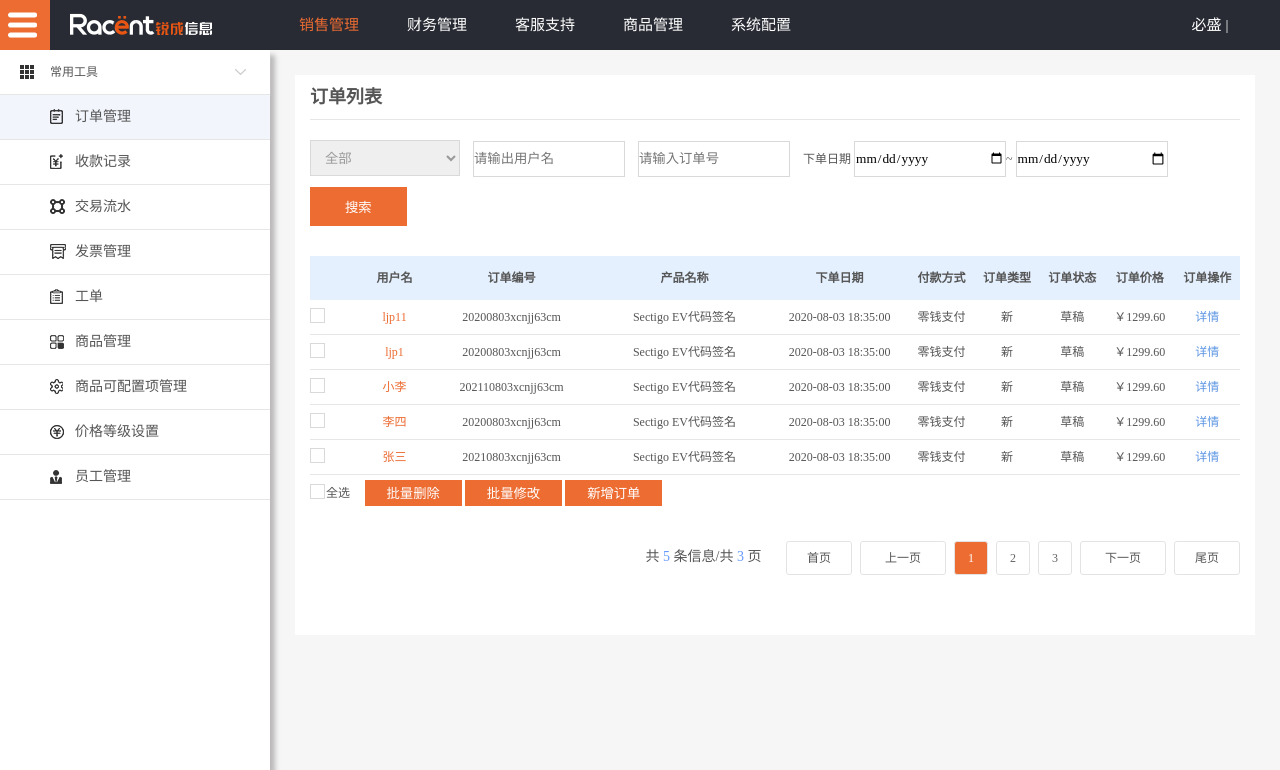
Repository: wangyan466393/racentSystem
Page: index.html
The author's editor kept a copy of each file at every save. The page is drawn from the files as they stood at one save, then again after the next save.
The browser window is 1280 px wide. The pictures show the whole page.

Above is the page before, as saved 2020-08-13 17:11:45.

After the next save:
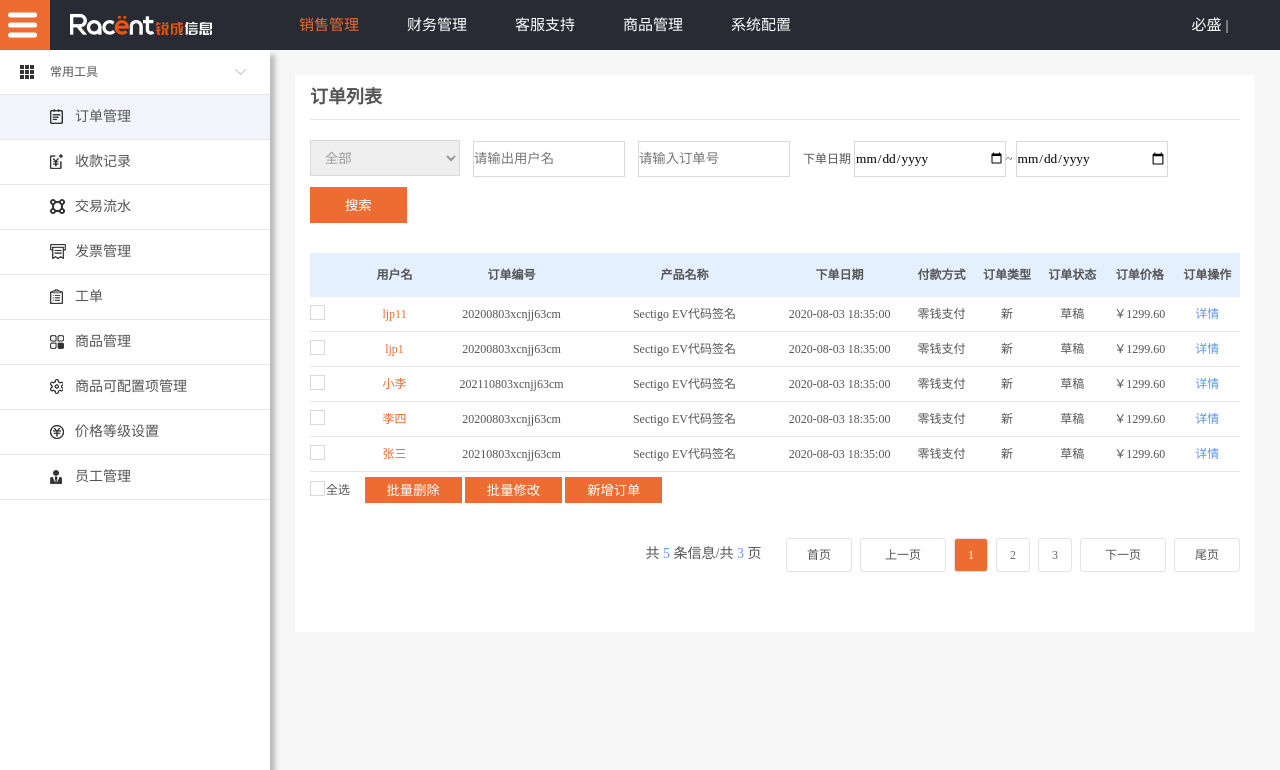
Saved 97 s later.
--- a/css/tab.css
+++ b/css/tab.css
@@ -118,11 +118,11 @@ td {
 }
 
 .order_search button , .email_back_btn button , .import_btn , .export_btn {
-    padding: 5px 35px;
-    color: #fff;
-    border: none;
-    background-color: #ec6c32;
-    height: 39px;
+    padding: 0px 35px;
+    color: #fff;
+    border: none;
+    background-color: #ec6c32;
+    height: 36px;
     outline: none;
     cursor: pointer;
 }
